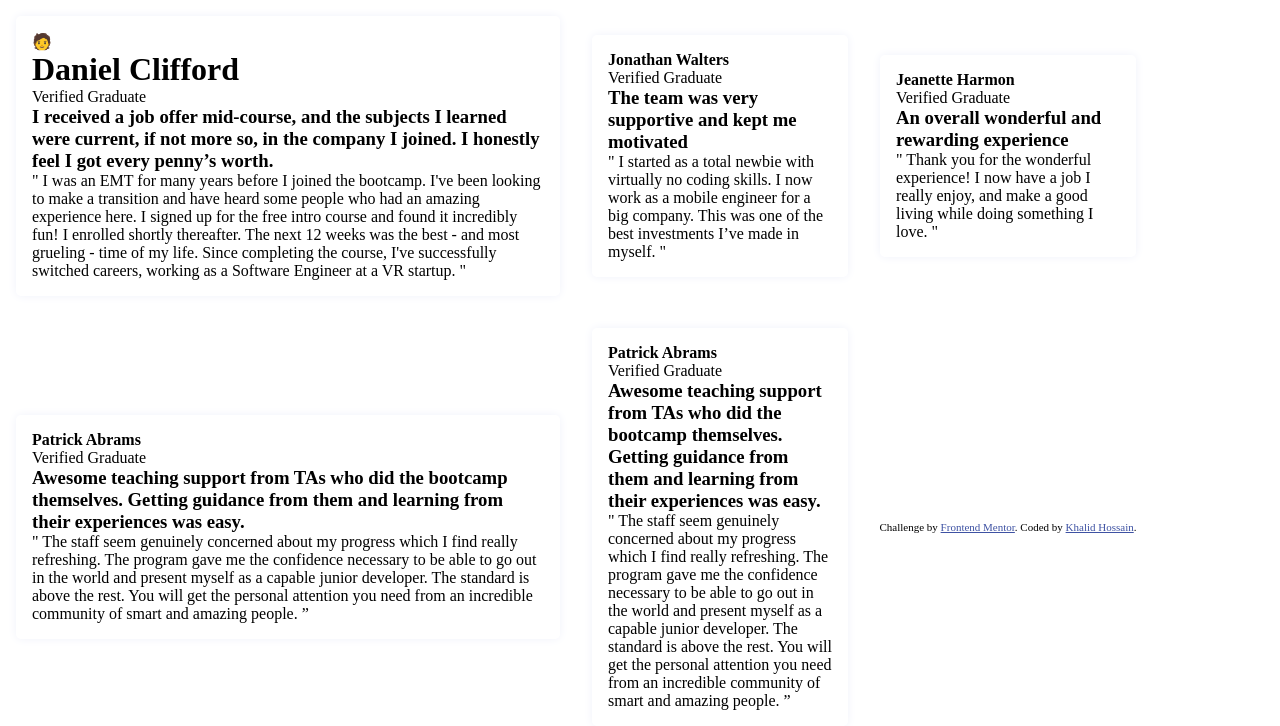
Repository: badhon252/Testimonials-Grid-Section
Page: index.html
These files come from the project's save history. The page is drawn as it stood at one moment and after a run of saves; the edit follows.
The browser window is 1280 px wide. The pictures show the whole page.

Above is the page before, as saved 2023-02-18 15:42:34.

After the next 2 saves:
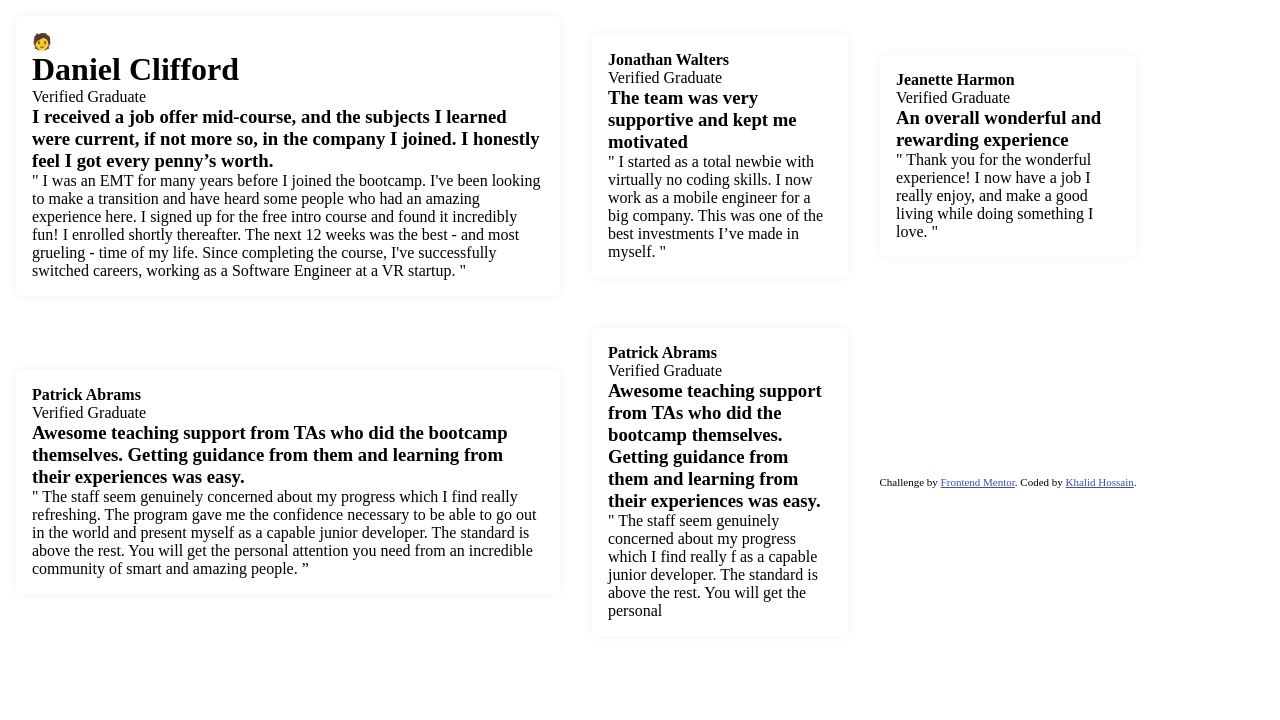
The 2 saves are shown as one change because they came seconds apart.
The last was saved 25 s later.
--- a/index.html
+++ b/index.html
@@ -54,8 +54,7 @@
             <h4>Patrick Abrams</h4>
             <p>Verified Graduate</p>
             <h3>Awesome teaching support from TAs who did the bootcamp themselves. Getting guidance from them and learning from their experiences was easy.</h3>
-            <p>" The staff seem genuinely concerned about my progress which I find really refreshing. The program gave me the confidence necessary to be able to go out in the world and present myself as a capable junior developer. The standard is above the
-                rest. You will get the personal attention you need from an incredible community of smart and amazing people. ”
+            <p>" The staff seem genuinely concerned about my progress which I find really f as a capable junior developer. The standard is above the rest. You will get the personal
             </p>
         </div>
 
